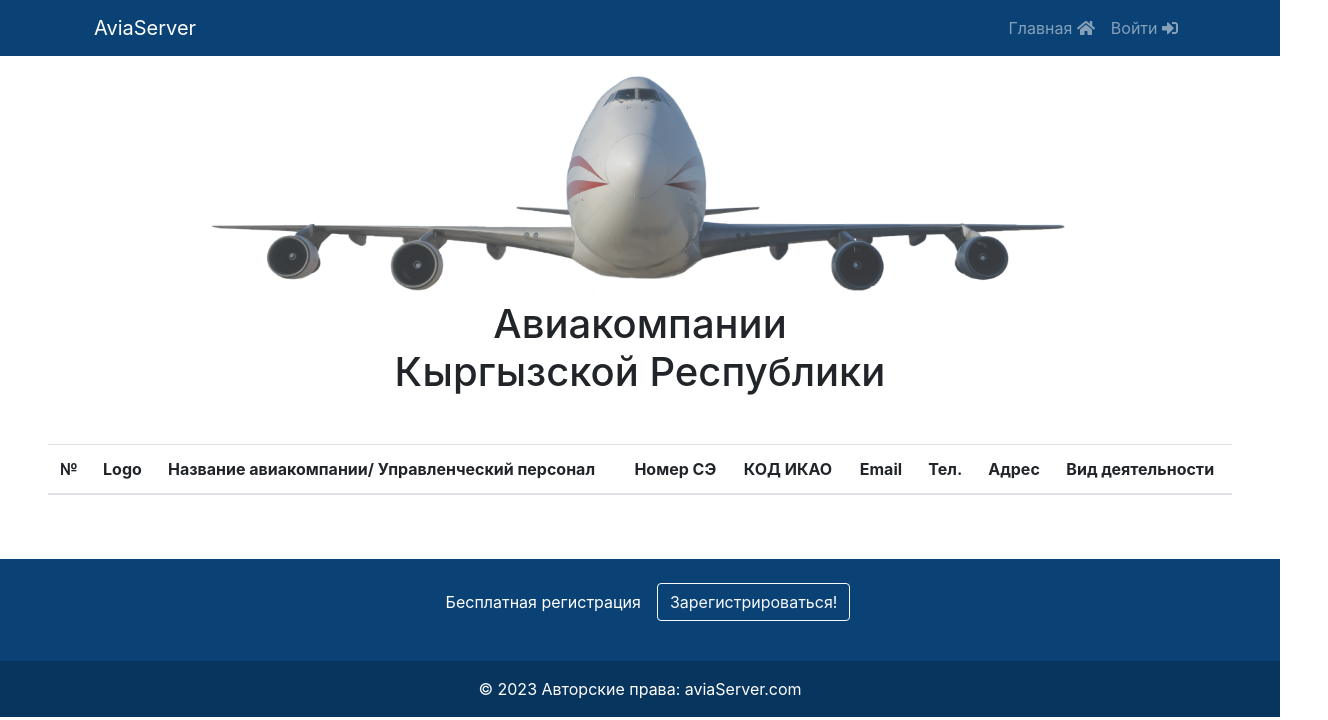
Repository: sulimonn/aviaServer
Page: products/templates/products/index.html
The author's editor kept a copy of each file at every save. The page is drawn from the files as they stood at one save, then again after the next save.
The browser window is 1280 px wide. The page is 1280 px wide, then 1328 px, so the pictures cover 1328 px, including what lies to the right of the window. The pictures show the whole page.
Some web libraries are served in a nearby version. The template is drawn by Django 4.2. The application's start-up code is not run. Other server files are loaded and not shown. The template is opened directly, without the code that normally fills it, so the values that code supplies are empty.

Above is the page before, as saved 2023-08-14 20:58:53.

### products/templates/products/index.html
{% extends 'products/base.html' %}
{% load static %}
{% block css %}
    <link href="{% static 'css/index.css' %}" rel="stylesheet"/>
{% endblock %}

{% block content  %}
<br><br>

<div class="d-flex">
    <img class="m-auto" width="900px" src="/media/img/carusel.png">
</div>
<div class="d-flex">
    <h1 align="center" class="m-auto pb-5">Авиакомпании <br> Кыргызской Республики</h1>
</div>
<div class="d-flex table-responsive-sm">

    <table class="table mx-5">
      <thead>
        <tr>
          <th scope="col">№</th>
          <th scope="col">Logo</th>
          <th scope="col">Название авиакомпании/
    Управленческий  персонал</th>
          <th scope="col">Номер СЭ</th>
          <th scope="col">КОД ИКАО</th>
          <th scope="col">Email</th>
          <th scope="col">Тел.</th>
          <th scope="col">Адрес</th>
          <th scope="col">Вид деятельности</th>
        </tr>
      </thead>
        {% for company in companies %}


      <tbody>
        <tr>
          <th scope="row">{{ company.id }}</th>
          <td><img class="card-img-top" src="/media/{{ company.image }}" ></td>
          <td>{{ company.name }}</td>
          <td>{{ company.number }}</td>
          <td>{{ company.code }}</td>
          <td>{{ company.email }}</td>
          <td>{{ company.phone1 }} {{ company.phone2 }}</td>
          <td>{{ company.address }}</td>
          <td>{{ company.kind_of_activity }}</td>
        </tr>

      </tbody>
        {% endfor %}
    </table>
</div>


{% endblock %}

### products/templates/products/base.html
{% load static %}
<!DOCTYPE html>
<html lang="en">

<head>

    <meta charset="utf-8">
    <meta name="viewport" content="width=device-width, initial-scale=1, shrink-to-fit=no">
    <meta name="description" content="">
    <meta name="author" content="">

    <title>{{ title | title }}</title>

    <!-- Bootstrap core CSS -->
    <link href="{% static 'vendor/bootstrap/css/bootstrap.min.css' %}" rel="stylesheet">
    <link href="{% static 'css/auth.css' %}" rel="stylesheet"/>

    <script src="https://cdnjs.cloudflare.com/ajax/libs/font-awesome/5.15.1/js/all.min.js"
            crossorigin="anonymous"></script>
    <!-- Custom styles for this template -->
</head>

<body>

<!-- Navigation -->
<nav class="navbar navbar-expand-lg navbar-dark fixed-top" style="background-color: #0a4275;">
  <div class="container">
      <a class="navbar-brand" href="index.html">AviaServer</a>
      <button class="navbar-toggler" type="button" data-toggle="collapse" data-target="#navbarResponsive"
              aria-controls="navbarResponsive" aria-expanded="false" aria-label="Toggle navigation">
          <span class="navbar-toggler-icon"></span>
      </button>
      <div class="collapse navbar-collapse" id="navbarResponsive">
          <ul class="navbar-nav ml-auto">
              <li class="nav-item">
                  <a class="nav-link" href="#">Главная <i class="fas fa-home"></i> </a>
              </li>
              {% if user.is_authenticated %}
              <li class="nav-item">
                  <a class="nav-link" href="{% url 'users:profile' %}">{{ user.username }} <i class="fas fa-user-circle"></i>
                  </a>
              </li>
             <li class="nav-item">
                  <a class="nav-link" href="{% url 'users:logout' %}">Выйти <i class="fas fa-sign-out-alt"></i></a>
              </li>

              {% else %}
              <li class="nav-item">
                  <a class="nav-link" href="{% url 'users:login' %}">Войти <i class="fas fa-sign-in-alt"></i></a>
              </li>


              {% endif %}
          </ul>
      </div>
  </div>
</nav>

{% block content  %}
{% endblock %}
<br>
<br>
<!--footer-->
<footer class="d-block text-center text-white" style="background-color: #0a4275;">
  <div class="container p-4 pb-0">
      <section class="">
          <p class="d-flex justify-content-center align-items-center">
              <span class="mx-3">Бесплатная регистрация</span>
              <a href="{% url 'users:register' %}" type="button" class="btn btn-outline-light btn-rounded">
                  Зарегистрироваться!
              </a>
          </p>
      </section>
  </div>
  <div class="text-center p-3" style="background-color: rgba(0, 0, 0, 0.2);">
      © 2023 Авторские права:
      <a class="text-white" href="{% url 'index' %}">aviaServer.com</a>
  </div>
</footer>


<!-- Bootstrap core JavaScript -->
<script src="{% static 'vendor/jquery/jquery.min.js' %}"></script>
<script src="{% static 'vendor/bootstrap/js/bootstrap.bundle.min.js' %}"></script>

<!-- FontAwesome script -->
<script src="{% static 'vendor/fontawesome/fontawesome-icons.js' %}" crossorigin="anonymous"></script>

</body>

</html>

Loaded but not shown: static/css/auth.css (library)

After the next save:
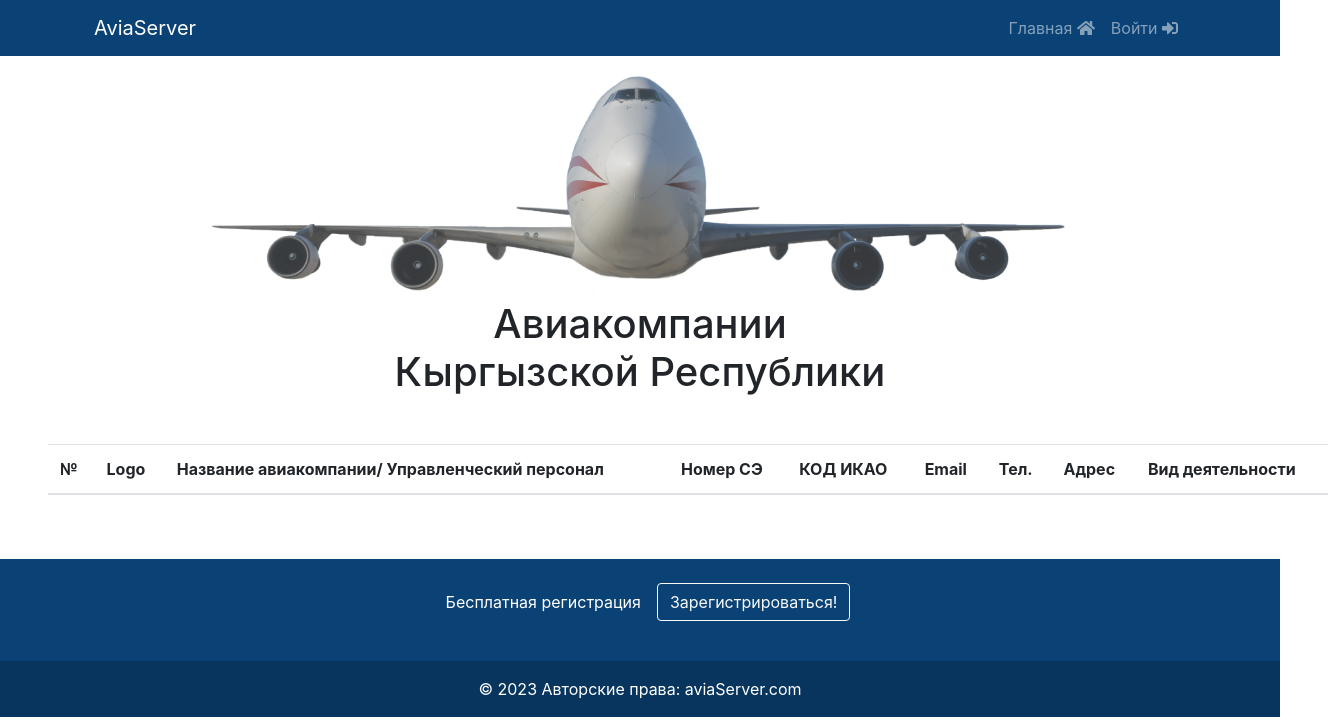
Saved 20 s later.
--- a/products/templates/products/index.html
+++ b/products/templates/products/index.html
@@ -13,7 +13,7 @@
 <div class="d-flex">
     <h1 align="center" class="m-auto pb-5">Авиакомпании <br> Кыргызской Республики</h1>
 </div>
-<div class="d-flex table-responsive-sm">
+<div class="table-responsive-sm">
 
     <table class="table mx-5">
       <thead>
